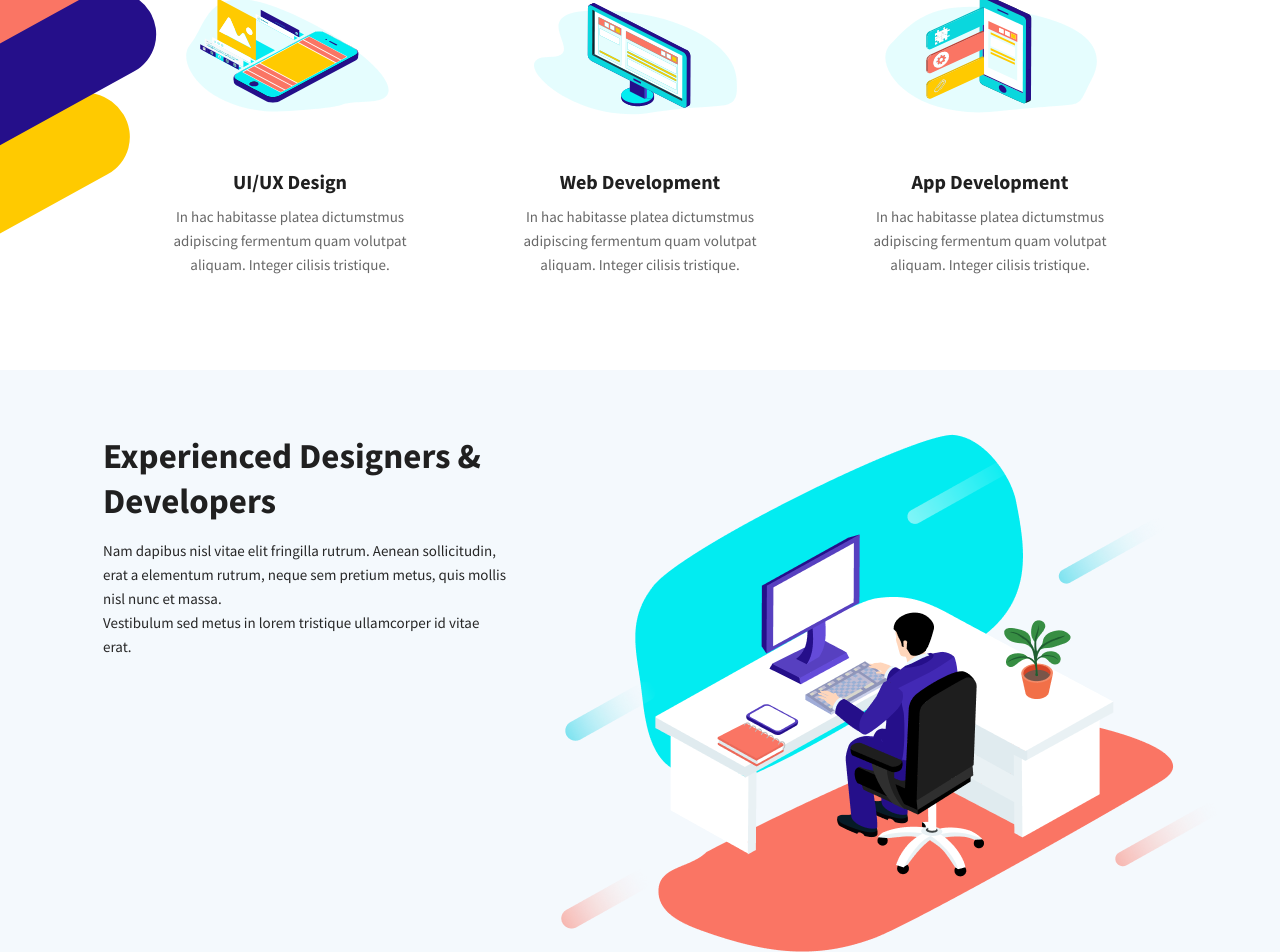
Repository: advert31337/marafon_from0to1_MartaUP
Page: index.html
The author's editor kept a copy of each file at every save. The page is drawn from the files as they stood at one save, then again after the next save.
The browser window is 1280 px wide. The pictures show the part of the page from y = 1001 to 1953 px (the page is 1953 px tall).

Above is the page before, as saved 2020-03-08 10:13:12.

### index.html
<!DOCTYPE html>
<html lang="en">

<head>
    <meta charset="UTF-8">
    <meta name="viewport" content="width=device-width, initial-scale=1.0">
    <title>Marafon MartaUP</title>
    <link href="https://fonts.googleapis.com/css?family=Source+Sans+Pro:400,600,700&display=swap" rel="stylesheet">
    <link rel="stylesheet" href="css/reset.css">
    <link rel="stylesheet" href="css/slick.css">
    <link rel="stylesheet" href="css/style.css">
</head>

<body>
    <header class="header">

        <div class="container">
            <div class="header__top">

                <div class="logo">
                    <a href="#!">+
                        <img src="images/logo.svg" alt="">
                    </a>
                </div>

                <nav class="menu">
                    <ul class="menu__list">
                        <li><a class="menu__list-item" href="#">home</a></li>
                        <li><a class="menu__list-item" href="#">work</a></li>
                        <li><a class="menu__list-item" href="#">about</a></li>
                        <li><a class="menu__list-item" href="#">contact</a></li>
                    </ul>
                </nav>

                <div class="header-btn">
                    <a class="login" href="#">login</a>
                    <a class="sign-up" href="#">sign up</a>
                </div>

            </div>

            <div class="header-slider">
                <div class="header-slider__item">
                    <div class="header-slider__item-content">

                        <div class="header-slider__item-info">
                            <h3 class="header-slider__title">
                                We Build Apps & Websites
                                for Your Business
                            </h3>
                            <div class="header-slider__description">
                                For startups, For businesses & For you
                            </div>
                            <a href="" class="header-slider__btn">Request a quote</a>
                        </div>

                        <div class="header-slider__item-images">
                            <img src="images/slider-img.png" alt="">
                        </div>
                    </div>
                </div>


                <div class="header-slider__item">
                    <div class="header-slider__item-content">

                        <div class="header-slider__item-info">
                            <h3 class="header-slider__title">
                                We Build Apps & Websites
                                for Your Business
                            </h3>
                            <div class="header-slider__description">
                                For startups, For businesses & For you
                            </div>
                            <a href="" class="header-slider__btn">Request a quote</a>
                        </div>

                        <div class="header-slider__item-images">
                            <img src="images/slider-img.png" alt="">
                        </div>
                    </div>
                </div>


                <div class="header-slider__item">
                    <div class="header-slider__item-content">

                        <div class="header-slider__item-info">
                            <h3 class="header-slider__title">
                                We Build Apps & Websites
                                for Your Business
                            </h3>
                            <div class="header-slider__description">
                                For startups, For businesses & For you
                            </div>
                            <a href="" class="header-slider__btn">Request a quote</a>
                        </div>

                        <div class="header-slider__item-images">
                            <img src="images/slider-img.png" alt="">
                        </div>
                    </div>
                </div>


                <div class="header-slider__item">
                    <div class="header-slider__item-content">

                        <div class="header-slider__item-info">
                            <h3 class="header-slider__title">
                                We Build Apps & Websites
                                for Your Business
                            </h3>
                            <div class="header-slider__description">
                                For startups, For businesses & For you
                            </div>
                            <a href="" class="header-slider__btn">Request a quote</a>
                        </div>

                        <div class="header-slider__item-images">
                            <img src="images/slider-img.png" alt="">
                        </div>
                    </div>
                </div>


                <div class="header-slider__item">
                    <div class="header-slider__item-content">

                        <div class="header-slider__item-info">
                            <h3 class="header-slider__title">
                                We Build Apps & Websites
                                for Your Business
                            </h3>
                            <div class="header-slider__description">
                                For startups, For businesses & For you
                            </div>
                            <a href="" class="header-slider__btn">Request a quote</a>
                        </div>

                        <div class="header-slider__item-images">
                            <img src="images/slider-img.png" alt="">
                        </div>
                    </div>
                </div>
            </div>

        </div>

    </header>

    <section class="specialised">
        <div class="container">
            <div class="specialised__title title">
                We are specialised in
            </div>
            <div class="specialised__items">
                <div class="specialised__item">
                    <div class="specialised__item-img">
                        <img src="images/specialise-1.svg" alt="">
                    </div>

                    <div class="specialise__item-title">
                        UI/UX Design
                    </div>
                    <div class="specialise__item-text">
                        In hac habitasse platea dictumstmus adipiscing fermentum quam volutpat aliquam. Integer cilisis tristique.
                    </div>
                </div>
                <div class="specialised__item">
                    <div class="specialised__item-img">
                        <img src="images/specialise-2.svg" alt="">
                    </div>
                    <div class="specialise__item-title">
                        Web Development
                    </div>
                    <div class="specialise__item-text">
                        In hac habitasse platea dictumstmus adipiscing fermentum quam volutpat aliquam. Integer cilisis tristique.
                    </div>
                </div>
                <div class="specialised__item">
                    <div class="specialised__item-img">
                        <img src="images/specialise-3.svg" alt="">
                    </div>
                    <div class="specialise__item-title">
                        App Development
                    </div>
                    <div class="specialise__item-text">
                        In hac habitasse platea dictumstmus adipiscing fermentum quam volutpat aliquam. Integer cilisis tristique.
                    </div>
                </div>
            </div>
        </div>
    </section>

    <section class="advantages">
        <div class="container">
            <div class="advantages-box">
                <div class="advantages-box__info">
                    <div class="advantages-box__title">
                        Experienced Designers & Developers
                    </div>
                    <div class="advantages-box__text">
                        <p>
                            Nam dapibus nisl vitae elit fringilla rutrum. Aenean sollicitudin, erat a elementum rutrum, neque sem pretium metus, quis mollis nisl nunc et massa.
                        </p>
                        <p>
                            Vestibulum sed metus in lorem tristique ullamcorper id vitae erat.
                        </p>
                    </div>
                </div>

                <div class="advantages-box__img">
                    <img src="images/advantages-1.png" alt="">
                </div>
            </div>
        </div>
    </section>

    <footer>

    </footer>


    <script src="https://ajax.googleapis.com/ajax/libs/jquery/3.4.1/jquery.min.js"></script>
    <script src="js/slick.min.js"></script>
    <script src="js/main.js"></script>
</body>

</html>

### css/style.css
*{
    box-sizing: border-box;
}

body {
    font-family: 'Source Sans Pro', sans-serif;
    font-size: 15px;
    line-height: 24px;
}

a {
    text-decoration: none;
    color: inherit;
}
.header {
    background-image: url('../images/header-bg.jpg');
    min-height: 793px;
    background-repeat: no-repeat;
    background-size: cover;
    background-position: top center;
}

.container {
    max-width: 1200px;
    margin: 0 auto;
    padding: 0 15px 0 15px;

}

.header__top {
    display: flex;
    justify-content: space-between;
    height: 100px;
    align-items: center;
}

.menu__list {
    display: flex;
}

.menu__list li + li {
    padding-left: 50px;

}

.login {
    margin-right: 44px;
    color: #fff;
    text-transform: uppercase;
    font-weight: 600;
}

.menu__list a{
    opacity: 0.5;
    color: #fff;
    font-weight: 600;
    text-transform: uppercase;
    transition: all 0.5s;
}

.menu__list a:hover {
    opacity: 1;
}

.sign-up {
    text-transform: uppercase;
    color: #250f8a;
    font-weight: 600;
    background-color: #fff;
    padding: 8px 43px;
    border-radius: 20px;

}

.header-slider {
    padding-top: 111px;
}
.header-slider__item {

}
.header-slider__item-content {
    display: flex;
    justify-content: space-between;
}
.header-slider__item-info {
    max-width: 506px;
    color:#fff;
}
.header-slider__title {
    font-weight: 700;
    font-size: 45px;
    line-height: 60px;
    margin-bottom: 10px;
}
.header-slider__description {
    line-height: 55px;
    font-size: 24px;
    margin-bottom: 60px;
}
.header-slider__btn {
    font-weight: 600;
    text-transform: uppercase;
    color: #250F8A;
    padding: 13px 39px;
    background-color: #FFCA00;
    border-radius: 25px;
}
.header-slider__item-images {
    margin: 10px 82px 0 0;
}

.header-dots{
    list-style: none;
    position: absolute;
    right: 0;
    top: 50%;
}

.header-dots button {
    border: none;
    background-color: #fff;
    opacity: 0.5;
    font-size: 0;
    padding: 0;
    width: 7px;
    height: 7px;
    border-radius: 3.5px;
    cursor: pointer;
    outline: none;
    margin: 10px auto;
    display: block;
}

.header-dots .slick-active button{
    width: 15px;
    opacity: 1;
}

.specialised{
    padding: 55px 0 93px;
    background-image: url(../images/special-bg.svg);
    background-position: left bottom;
    background-repeat: no-repeat;
    color: #202020;
    text-align: center;
}

.specialised__title {
    margin-bottom: 96px;
}
.title {
    font-size: 35px;
    line-height: 45px;
    font-weight: 700;
    text-align: center;
}

.specialised__items {
    display: flex;
    justify-content: space-between;
    max-width: 980px;
    margin: 0 auto;

}
.specialised__item {
    width: 280px;
}
.specialised__item-img {
    margin-bottom: 23px;
    min-height: 159px;
}
.specialise__item-title {
    margin-bottom: 11px;
    font-size: 20px;
    font-weight: 700;
}
.specialise__item-text {
   padding: 0 10px;
   color: #272727;
   opacity: 0.7;
}


.advantages {
    padding-top: 64px;
    background: #f4f9fd;
}

.advantages-box {
    display: flex;
    justify-content: space-between;
}
.advantages-box__info {
    max-width: 455px;
}
.advantages-box__title {
    color: #202020;
    font-size: 35px;
    line-height: 45px;
    font-weight: 700;
    padding-bottom: 15px;
    padding-left: 48px;

}
.advantages-box__text {
    padding-left: 48px;
    color: #272727;
}
.advantages-box__img {
}

### js/main.js
$(function(){
    $('.header-slider').slick({
        arrows: false,
        vertical: true,
        dots: true,
        dotsClass: 'header-dots',
        autoplay: 2000,

    })
})

Loaded but not shown: css/reset.css (common file); css/slick.css (common file); js/slick.min.js (library)

After the next save:
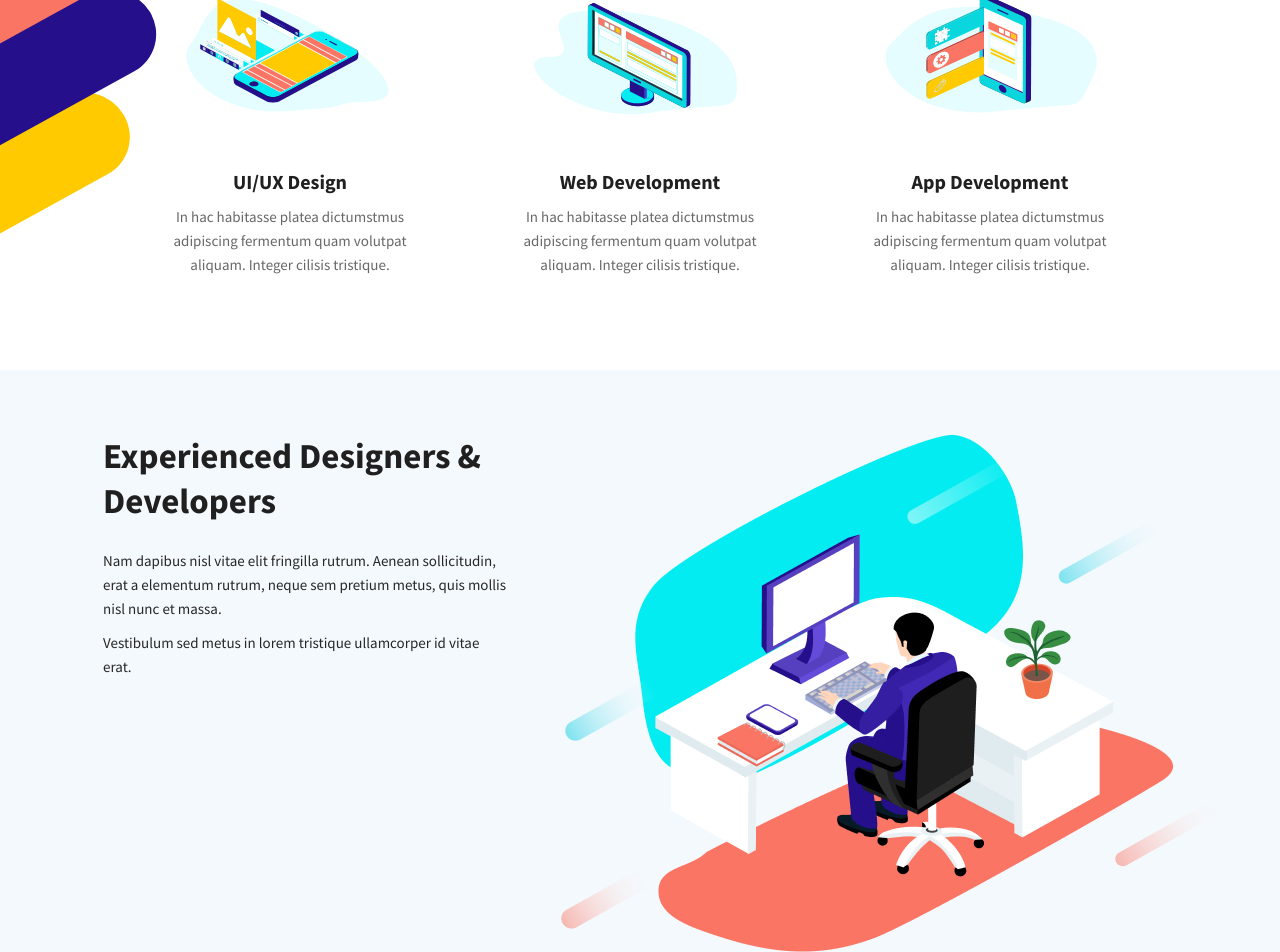
Saved 38 s later.
--- a/css/style.css
+++ b/css/style.css
@@ -206,5 +206,9 @@ a {
     padding-left: 48px;
     color: #272727;
 }
+
+.advantages-box__text p{
+    margin: 10px 0;
+}
 .advantages-box__img {
 }
